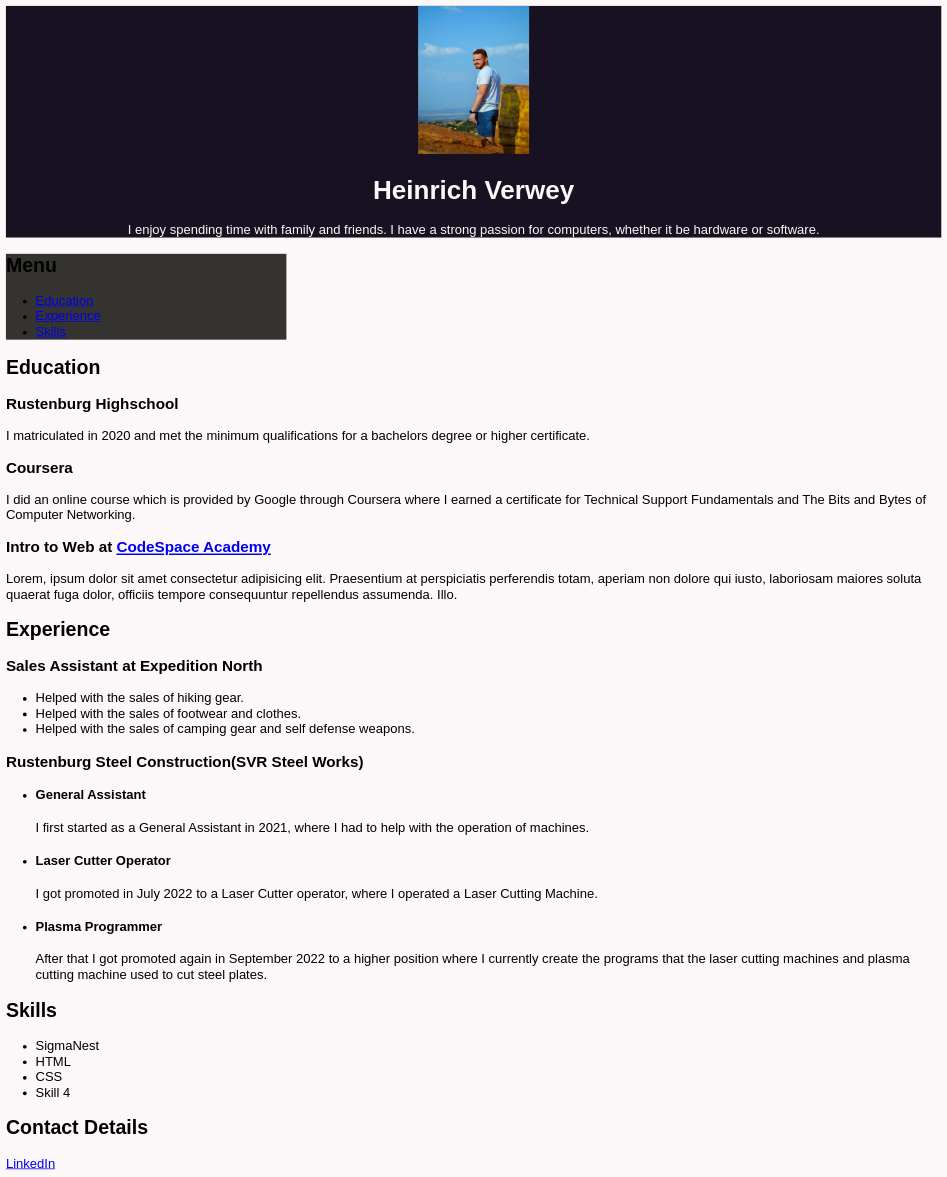
Repository: W3asl3y/IntroToWebDesign
Page: index.html
An editor plug-in stored every save of this project. The page is shown before and after the next save, followed by the edit.
The browser window is 1280 px wide. The pictures show the whole page, at 74% of full size.

Above is the page before, as saved 2022-10-19 22:46:22.

### index.html
<!DOCTYPE html>
<html lang="en">
    <head>
        <meta charset="UTF-8">
        <meta http-equiv="X-UA-Compatible" content="IE=edge">
        <meta name="viewport" content="width=device-width, initial-scale=1.0">
        <title>
            My Resume
        </title>
        <link rel="stylesheet" type="text/css" href="css/stylesheet.css">
    </head>
    <body>
        <header>
            <img src="images/heinrich.jpg" alt="Me standing on rocks" width="150" height="200">
            <h1>
                 Heinrich Verwey
            </h1>
            <p>
                I enjoy spending time with family and friends. I have a strong passion for computers, whether it be hardware or software.
            </p>
        </header>
        <main>
            <section>
                <h2>
                    Menu
                </h2>
                <ul>
                    <li>
                        <a href="#Education"> Education </a>
                    </li>
                    <li>
                        <a href="#Experience"> Experience </a>
                    </li>
                    <li>
                        <a href="#Skills"> Skills </a>
                    </li>
                </ul>
            </section>
            <h2 id=Education>
                Education
            </h2>
            <h3>
                Rustenburg Highschool
            </h3>
            <p>
                I matriculated in 2020 and met the minimum qualifications for a bachelors degree or higher certificate.
            </p>
            <h3>
                Coursera
            </h3>
            <p>
                I did an online course which is provided by Google through Coursera where I earned a certificate for Technical Support Fundamentals and The Bits and Bytes of Computer Networking.
            </p>
            <h3>
                Intro to Web at <a href="https://www.codespace.co.za/courses/frontend-web-development/">CodeSpace Academy</a>
            </h3>
            <p>
                Lorem, ipsum dolor sit amet consectetur adipisicing elit. Praesentium at perspiciatis perferendis totam, aperiam non dolore qui iusto, laboriosam maiores soluta quaerat fuga dolor, officiis tempore consequuntur repellendus assumenda. Illo.
            </p>
            </h3>
            <h2 id="Experience">
                Experience
            </h2>
            <h3>
                Sales Assistant at Expedition North
            </h3>
            <ul>
                <li>
                    Helped with the sales of hiking gear.
                </li>
                <li>
                    Helped with the sales of footwear and clothes.
                </li>
                <li>
                    Helped with the sales of camping gear and self defense weapons.
                </li>
            </ul>
            <h3>
                Rustenburg Steel Construction(SVR Steel Works)
            </h3>
            <ul>
                <li>
                    <h4>
                        General Assistant
                    </h4>
                        <p>
                            I first started as a General Assistant in 2021, where I had to help with the operation of machines.
                        </p>
                </li>
                <li>
                    <h4>
                        Laser Cutter Operator
                    </h4>
                        <p>
                            I got promoted in July 2022 to a Laser Cutter operator, where I operated a Laser Cutting Machine.
                        </p>
                </li>
                <li>
                    <h4>
                        Plasma Programmer
                    </h4>
                        <p>
                            After that I got promoted again in September 2022 to a higher position where I currently create the programs that the laser cutting machines and plasma cutting machine used to cut steel plates.
                        </p>
                </li>
            </ul>
            <h2 id="Skills">
                Skills
            </h2>
            <ul>
                <li>
                    SigmaNest
                </li>
                <li>
                    HTML
                </li>
                <li>
                    CSS
                </li>
                <li>
                    Skill 4
                </li>
            </ul>
        </main>
        <h2>
            Contact Details
        </h2>
        <a href="https://www.linkedin.com/in/heinrich-verwey-1627a7205/">LinkedIn</a>
    </body>
</html

### CSS/stylesheet.css
body{
     font-family: sans-serif;
     font-size:110%;
     background-color: #FCF7F8;
}

header {
     text-align: center;
    -webkit-text-fill-color: #FCF7F8;
     background-color: #181122;
}
section {
    background-color: #343330;
    width: 30%  ;
    ;
}
footer {
     background-color: #343330;
     text-align: center;
}

After the next save:
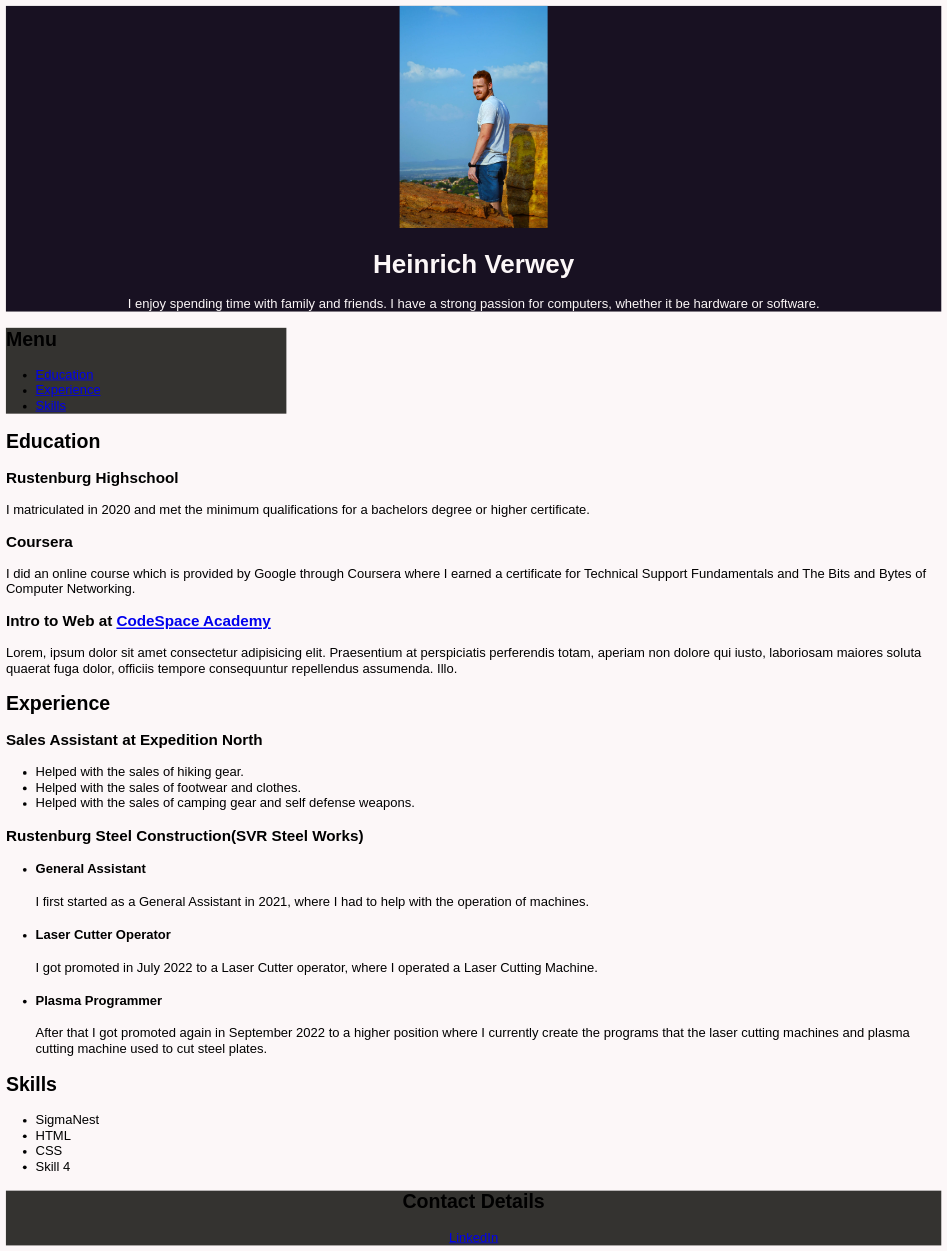
Saved 7 min 3 s later.
--- a/index.html
+++ b/index.html
@@ -11,7 +11,7 @@
     </head>
     <body>
         <header>
-            <img src="images/heinrich.jpg" alt="Me standing on rocks" width="150" height="200">
+            <img src="images/heinrich.jpg" alt="My profile picture" width="200px" >
             <h1>
                  Heinrich Verwey
             </h1>
@@ -122,9 +122,11 @@
                 </li>
             </ul>
         </main>
-        <h2>
-            Contact Details
-        </h2>
-        <a href="https://www.linkedin.com/in/heinrich-verwey-1627a7205/">LinkedIn</a>
+        <footer>
+            <h2>
+                Contact Details
+            </h2>
+            <a href="https://www.linkedin.com/in/heinrich-verwey-1627a7205/">LinkedIn</a>
+        </footer>
     </body>
 </html
